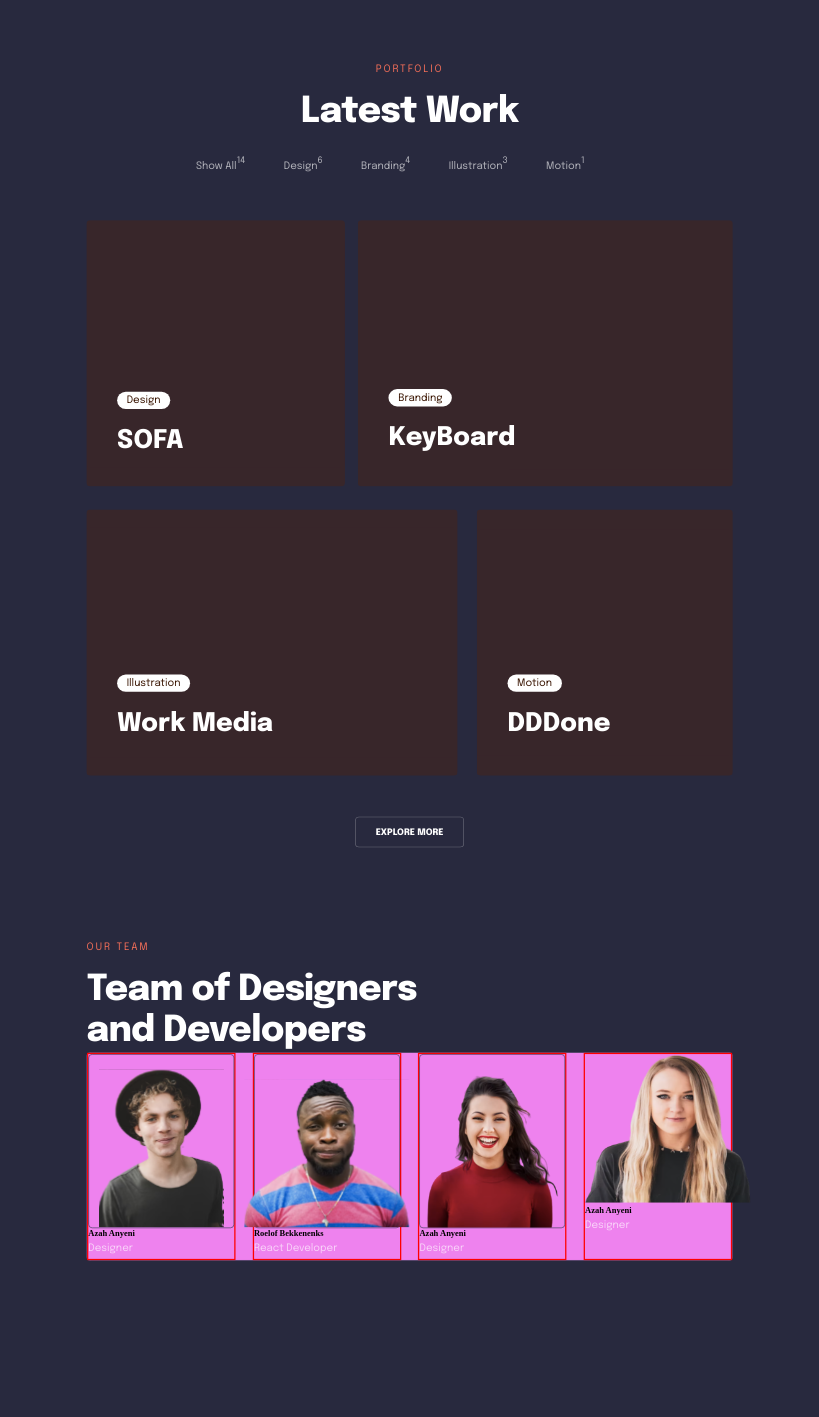
Repository: FidanXankishiyeva/figma-positions-task
Page: index.html
An editor plug-in stored every save of this project. The page is shown before and after a run of saves, followed by the edit.
The browser window is 1280 px wide. The pictures show the whole page, at 64% of full size.

Above is the page before, as saved 2023-08-10 13:48:53.

After the next 4 saves:
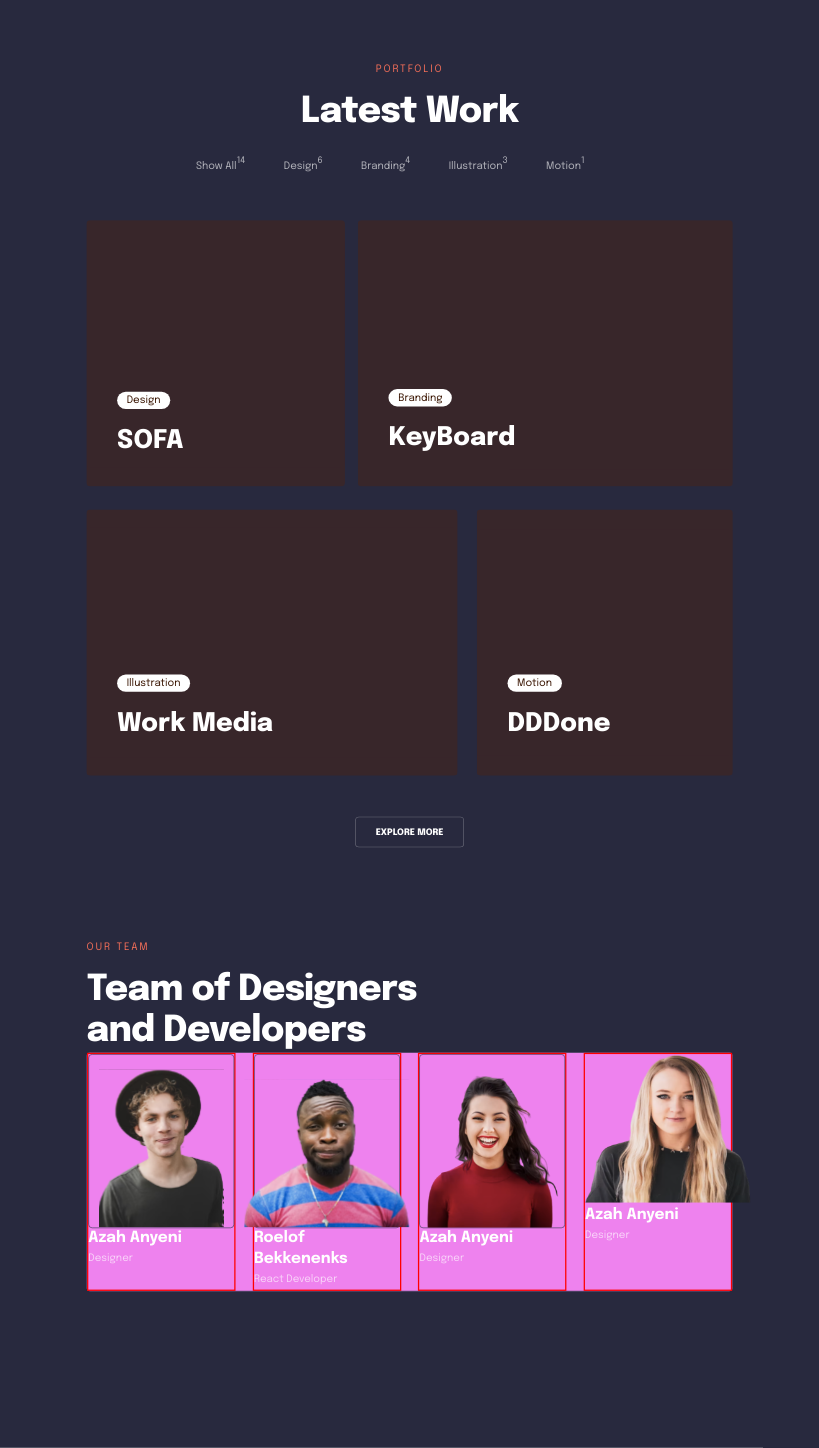
The 4 saves are shown as one change because they came seconds apart.
The last was saved 13 s later.
--- a/index.css
+++ b/index.css
@@ -305,15 +305,14 @@ button {
   height: 232px;
 }
 
-.team-person ul li:nth-child(4) img {
-    width: 259px;
-    height: 232px;
-  }.team-person ul li:nth-child(2) img {
+.team-person ul li:nth-child(3) img {
+    width: 205px;
+    height: 238px;
+  }.team-person ul li:nth-child(4) img {
     width: 259px;
     height: 232px;
   }
-width: 205px;
-height: 238px;
+
 .team-person h5 {
   color: var(--text-light, #fff);
   font-feature-settings: "clig" off, "liga" off;
